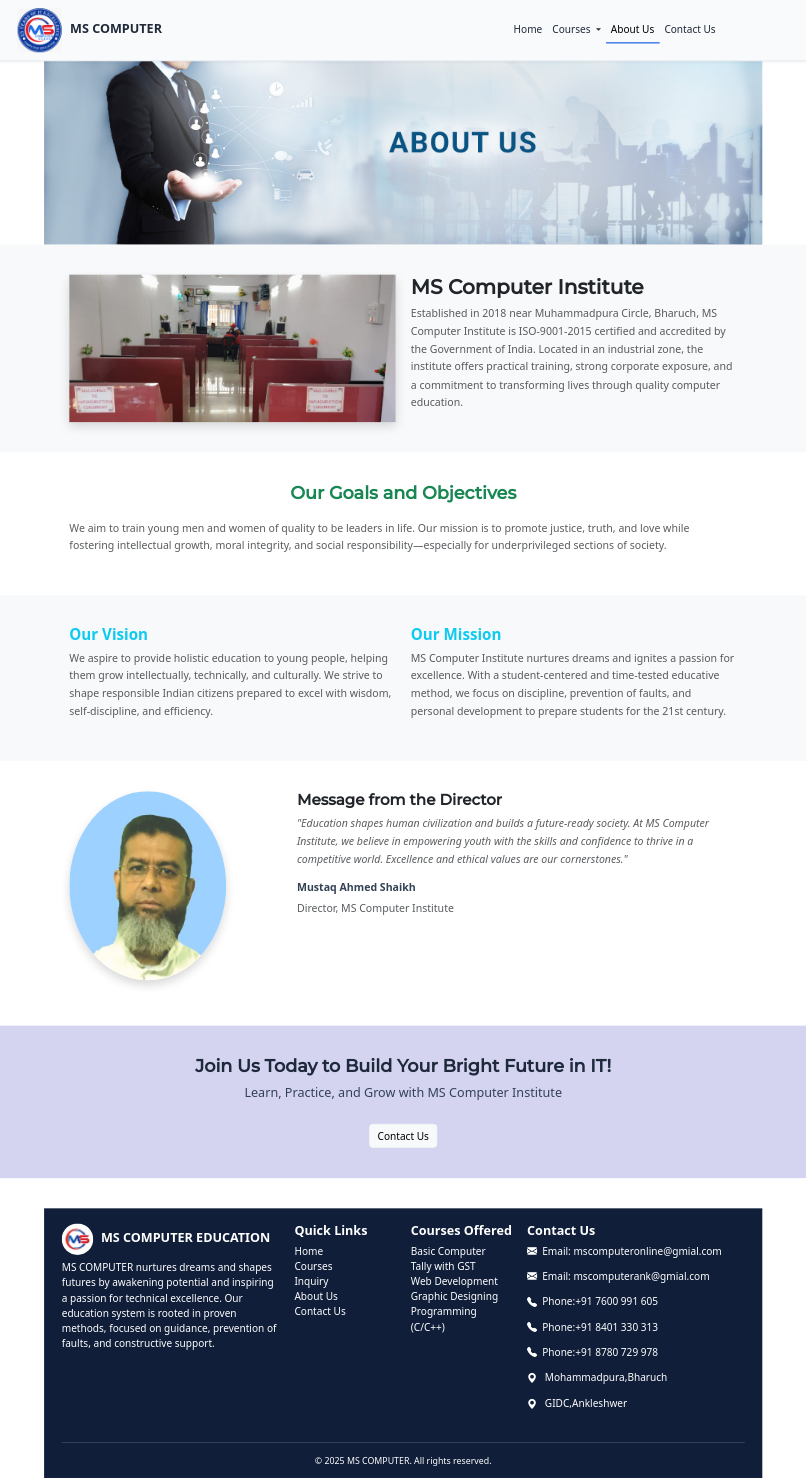
Repository: mscomputer2025/mscomputer
Page: http://localhost/aboutus
An editor plug-in stored every save of this project. The page is shown before and after a run of saves, followed by the edit.
The browser window is 1280 px wide. The pictures show the whole page, at 63% of full size.
Some web fonts or font styles are not loaded; a fallback is used. The page is served by the project's Laravel application, run on PHP 8.4 with Laravel 12. Queries for data that is not in the repository find no rows.

Above is the page before, as saved 2025-07-04 18:01:06.

After the next 2 saves:
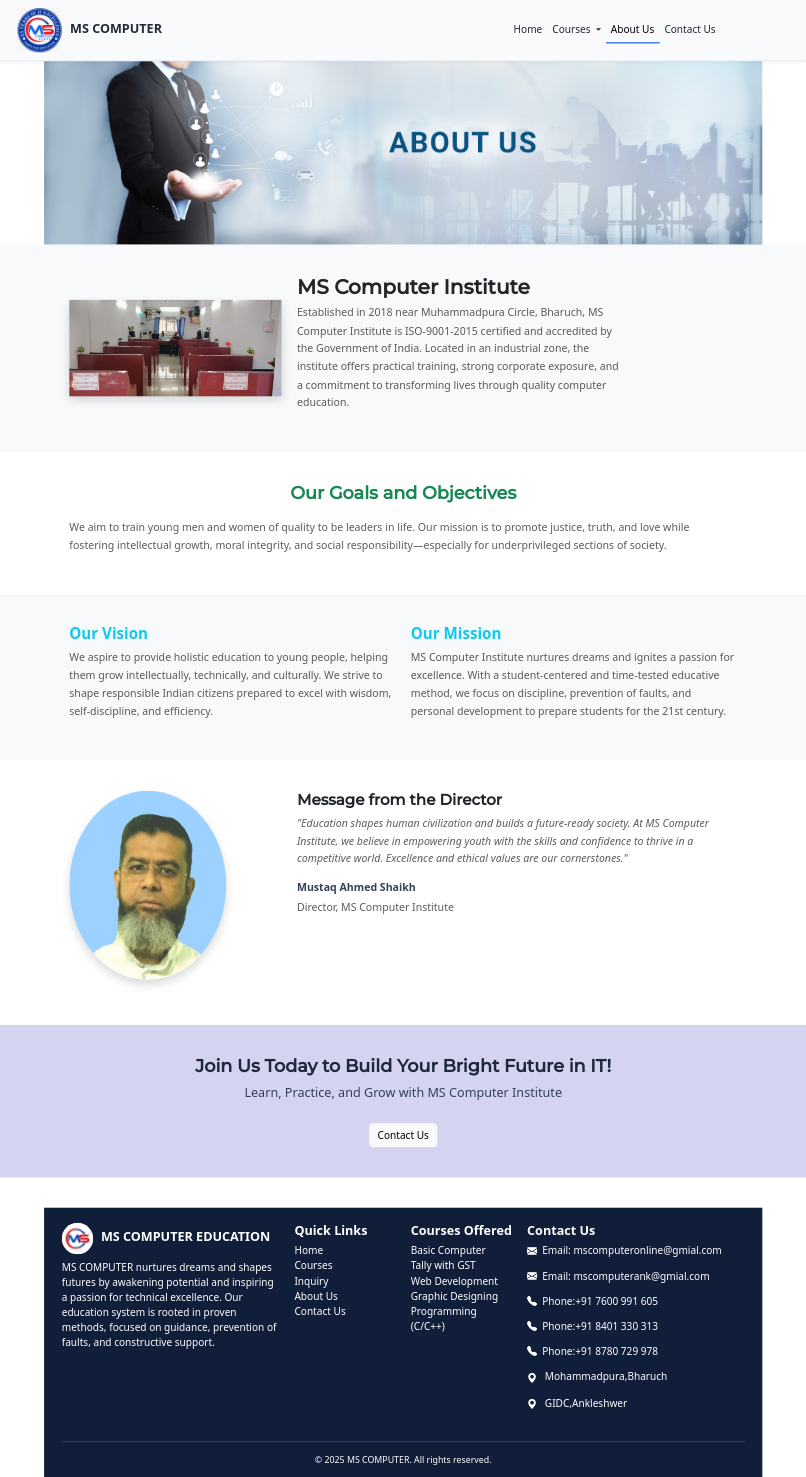
The 2 saves are shown as one change because they came seconds apart.
The last was saved 39 s later.
--- a/resources/views/aboutus.blade.php
+++ b/resources/views/aboutus.blade.php
@@ -14,7 +14,7 @@
     <section class="py-5 bg-light">
         <div class="container">
             <div class="row align-items-center mx-3">
-                <div class="col-lg-6 mb-4 mb-lg-0">
+                <div class="col-lg-4 mb-4 mb-lg-0">
                     <img src="{{ asset('images/mscomputer.jpeg') }}" class="img-fluid  shadow" alt="Institute">
                 </div>
                 <div class="col-lg-6">
